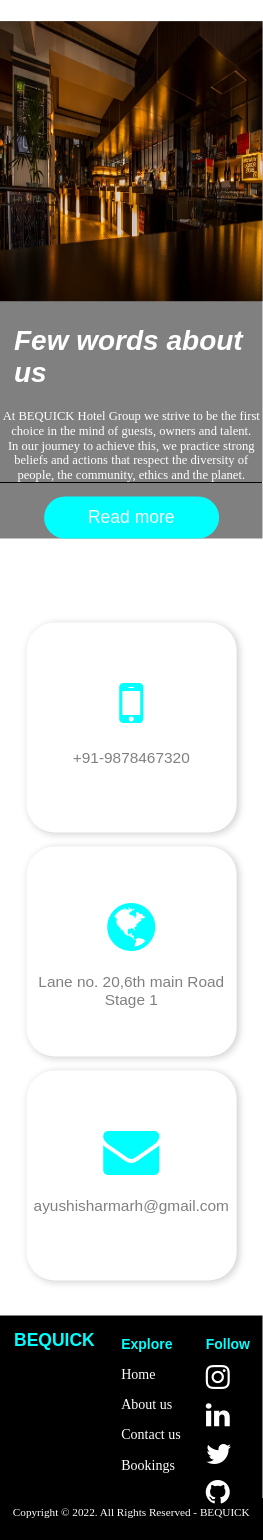
Repository: Ayushi6Sharma/BEQUICK_Hotel_Booking_Web
Page: index.html
An editor plug-in stored every save of this project. The page is shown before and after the next save, followed by the edit.
The browser window is 375 px wide. The pictures show the part of the page from y = 2216 to 4456 px (the page is 4416 px tall before and 4456 px after), at 70% of full size.

Above is the page before, as saved 2022-05-12 00:00:24.

### index.html
<!DOCTYPE html>
<html lang="en">
<head>
    <meta charset="UTF-8">
    <meta http-equiv="X-UA-Compatible" content="IE=edge">
    <meta name="viewport" content="width=device-width, initial-scale=1.0">
    <link rel="stylesheet" href="./style/style.css">
    <link rel="stylesheet" href="./style/mediaqueries.css">
    <!-- <link rel="stylesheet" href="https://cdn.jsdelivr.net/npm/@fortawesome/fontawesome-free@5.15.4/css/fontawesome.min.css" integrity="sha384-jLKHWM3JRmfMU0A5x5AkjWkw/EYfGUAGagvnfryNV3F9VqM98XiIH7VBGVoxVSc7" crossorigin="anonymous"> -->
    <!-- <link href="https://cdnjs.cloudflare.com/ajax/libs/font-awesome/5.13.0/css/all.min.css" rel="stylesheet"> -->
    <link rel="stylesheet" href="https://stackpath.bootstrapcdn.com/font-awesome/4.7.0/css/font-awesome.min.css" integrity="sha384-wvfXpqpZZVQGK6TAh5PVlGOfQNHSoD2xbE+QkPxCAFlNEevoEH3Sl0sibVcOQVnN" crossorigin="anonymous">

</head>
    <title>Bequick Hotel</title>
</head>
<body>
    <main>
        <nav class="nav">
            <ul class="nav-list">
                <span class="logo">BEQUICK</span>
                <li><a href="index.html">Home</a></li>
                <li><a href="./html/aboutus.html">About us</a></li>
                <li><a href="./html/contactus.html">Contact us</a></li>
                <li><a href="./html/booking.html">Bookings</a></li>
            </ul>
        </nav>

        <!-- section 1 -->

        <section class="hotel-main-image">
            <div class="hotel-main-image-content">
                Book now from anywhere
                <br> Anytime
            </div>
            <div class="bookings-btn">Bookings</div>
        </section>
        <!-- section 2  -->
        <section>
            <div class="section2-facilities">
               <div class="main-facilities">Facilities</div>
                <div class="main-facilities-lower">We are providiong you </div>
            </div>
            <div class="flex1-container1">
                <div class="flex1-item1">
                    <div class="facilities">
                        <i class="fa fa-users fa-5x"></i>
                        <div class="facilities-content">
                            24 hours Services Available to the clients
                        </div>
                    </div>
                </div>
                <div class="flex1-item2">
                    <div class="facilities">
                        <i class="fa fa-user fa-5x"></i>
                        <div class="facilities-content">
                            Front Desk
                            <br/>Concierge
                        </div>
                    </div>
                </div>
                <div class="flex1-item3">
                    <div class="facilities">
                        <i class="fa fa-car fa-5x"></i>
                        <div class="facilities-content">
                            Car Parking
                        </div>
                    </div>
                </div>
                <div class="flex1-item4">
                    <div class="facilities">
                        <i class="fa fa-lock fa-5x"></i>
                        <div class="facilities-content">
                            24 Hours security
                        </div>
                    </div>
                </div>
            </div>
        </section>
        <!-- section 3 -->
        <section>
            <div class="about">
                <div>
                    <img src="./images/hotel-img-3.jpg" class="about-image">
                </div>
                <div class="about-content">
                    <div class="about-content-1">
                        Few words about us
                    </div>
                    <div class="about-content-2">
                        At BEQUICK Hotel Group we strive to be the first
                        <br>choice in the mind of guests, owners and talent.
                        <br>In our journey to achieve this, we practice strong
                        <br>beliefs and actions that respect the diversity of
                        <br>people, the community, ethics and the planet.
                    </div>
                    <div class="about-btn">
                        Read more
                    </div>
                </div>
            </div>
        </section>
        <!-- section 4 -->
        <section>
            <div class="flex2-container2">
                <div class="flex2-item1">
                    <div class="location">
                        <i class="fa fa-mobile fa-5x"></i>
                        <div class="location-content">
                            +91-9878467320
                        </div>
                    </div>
                </div>
                <div class="flex2-item2">
                <div class="location">
                        <i class="fa fa-globe fa-5x"></i>
                        <div class="location-content">
                            Lane no. 20,6th main Road
                            <br/>Stage 1
                        </div>
                    </div>
                </div>
                <div class="flex2-item3">
                <div class="location">
                        <i class="fa fa-envelope fa-5x"></i>
                        <div class="location-content">
                            ayushisharmarh@gmail.com
                        </div>
                    </div>
                </div>
            </div>
        </section>

        <!-- footer -->
        <footer>
            <div class="footer">
                <div class="logo" id="footer-logo">BEQUICK</div>
                <div class="footer-flex">
                    <!-- <div class="logo" id="footer-logo">BEQUICK</div> -->
                    <div class="footer-list">
                        <ul class="footer-list-1">
                            <div class="footer-list-heading">Explore</div>
                            <li><a href="index.html">Home</a></li>
                            <li><a href="./html/aboutus.html">About us</a></li>
                            <li><a href="./html/contactus.html">Contact us</a></li>
                            <li><a href="./html/booking.html">Bookings</a></li>
                        </ul>
                    </div>
                    <!-- <div class="footer-list">
                        <ul class="footer-list-2">
                            <div class="footer-list-heading">Legal</div>
                            <li>Terms</li>
                            <li>Privacy</li>
                        </ul>
                    </div> -->
                    <div class="footer-list">
                        <ul class="footer-list-3">
                            <div class="footer-list-heading">Follow</div>
                            <li>
                                <a href="#"><i class="fa fa-instagram fa-2x"></i></a>
                            </li>
                            <li>
                                <a href="#"><i class="fa fa-linkedin fa-2x"></i></a>
                            </li>
                            <li>
                                <a href="#"><i class="fa fa-twitter fa-2x"></i></a>
                            </li>
                            <li>
                                <a href="#"><i class="fa fa-github fa-2x"></i></a>
                            </li>
                        </ul>
                    </div>
                </div>
                <!-- copyright -->
                <div class="copyright">
                    Copyright &copy; 2022. All Rights Reserved - BEQUICK
                </div>
            </div>
        </footer>
    </main>
</body>
</html>

### style/style.css
*
{
    padding: 0px;
    margin: 0px;
    box-sizing: border-box;
}
/* nav */
.nav
{
    background-color: black;
}
.nav-list
{
    list-style-type:none;
    width: 100%;
    text-align: end;
}
.nav-list > li
{
    display: inline-block;
    padding: 25px;
    font-size: 18px;
}
.nav-list li a
{
    text-decoration: none;
    color:white;
}
.nav-list li a:hover
{
    color: aquamarine;
}
.logo
{
    padding: 20px;
    color:aqua;
    float: left;
    font:bolder 25px sans-serif;
}
/* section 1 */
/* main image */
.hotel-img-2
{
    width: 100%;
    height:500px;
}
.hotel-main-image
{
    background-image:url('../images/hotel-img-5.jpg');
    height:500px;
    width:100%;
    background-size:cover;
    text-align: center;
}
.hotel-main-image-content
{
    padding-top:10%;
    font:bold 45px sans-serif;
    color:white;
    padding-bottom: 2%;
    line-height: 70px;
}
.bookings-btn
{
    width:250px;
    height: 60px;
    background-image:linear-gradient(to right,black,aqua);
    color:white;
    border-radius: 40px;
    text-align: center;
    padding-top: 15px;
    font:25px sans-serif;
    margin:auto;
    cursor:pointer;
}

/* section 2 */
.flex1-container1
{
    display: flex;
    flex-direction: row;
    flex-wrap: wrap;
    margin-top: 40px;
    justify-content: space-around;
    align-content:space-around;
}
.flex1-container1 > div
{
    margin-top:20px;
}
/* Facilities */
.section2-facilities
{
    text-align: center;
    margin-top:50px;
}
.main-facilities
{
    font:bold 60px sans-serif;
}
.main-facilities-lower
{
    font-size: 30px;
    font-style: italic;
    color:grey;
}
.facilities
{
    width:300px;
    height:300px;
    text-align:center;
    border-radius: 40px;
    box-shadow: 3px 2px 10px 1px lightgrey;
}
.facilities i{
    margin-top: 25%;
    color:aqua;
}
.facilities-content
{   margin-top: 30px;
    font: 25px sans-serif;
    color:grey;
}
/* section 3 */
.about{
    margin-top: 50px;
    display: flex;
    flex-wrap: wrap;
    background-color:grey;
}
.about-image
{
    width:90%;
    height:400px;
}
.about-content-1
{
    font:bold 50px sans-serif;
    color: white;
    font-style: italic;
    margin-top: 30px;
}
.about-content-2
{
    color:white;
    word-wrap: break-word;
    font-size: 20px;
    padding-top: 30px;
    margin-bottom: 20px;
}
.about-btn
{   font:25px sans-serif;
    width:250px;
    height: 60px;
    background-color: aqua;
    color:white;
    border-radius: 40px;
    text-align: center;
    padding-top: 15px;
    border: none;
    margin: auto;
}

/* section 4 */

.flex2-container2
{
    display: flex;
    justify-content: space-around;
    margin-top: 100px;
    text-align: center;
    align-content:space-around;
    flex-wrap: wrap;
}
.flex2-container2 > div
{
    margin-top: 20px;
}
.location
{
    width:300px;
    height:300px;
    text-align:center;
    border-radius: 40px;
    box-shadow: 3px 2px 10px 1px lightgrey;
}
.location i
{
    color:aqua;
    padding-top: 25%;
}
.location-content
{
    font:22px sans-serif;
    padding-top: 25px;
    color:grey;
}

/* footer */
.footer{
    background-color: black;
}
.footer-flex
{
    display: flex;
    justify-content: space-around;
    margin-top: 50px;
}
.footer-list-heading
{
    font:bold 20px sans-serif;
    color:aqua;
    margin-top:30px;
}
.footer-list  ul li a
{
    list-style-type: none;
    color:white;
    font-size: 20px;
    text-decoration: none;
}
.footer-list-1 >li
{
    padding-top:20px;
}
.footer-list-2 >li
{
    padding-top:20px;
}
.footer-list-3 i
{
    padding-top: 15px;
    color: white;
}
/* copyright */
.copyright
{
    text-align: center;
    color:white;
    font:italic bold sans-serif;
    padding-bottom: 30px;
}
/* media queries */

### style/mediaqueries.css
@media screen and (max-width:480px){
    .nav-list >li
    {
        width:100%;
        text-align: center;
    }
    .hotel-main-image
    {
        height: 400px;
    }
    .hotel-main-image-content
    {
        font-size:30px;
        line-height: 60px;
    }
    .bookings-btn
    {
        margin-top: 10%;
    }
    .main-facilities
    {
        font-size: 40px;
    }
    .main-facilities-lower
    {
        font-size: 25px;
    }
    .facilities-content
    {
        font-size: 20px;
    }
    .about-image
    {
        width:100%;
    }
    .about-content-1
    {
        font-size: 40px;
        padding-left: 20px;
    }
    .about-content-2
    {
        font-size: 18px;
        text-align: center;
    }
}
@media screen and (min-width:480px) and (max-width:768px){
    .nav-list >li
    {
        width:100%;
        text-align: center;
    }

    .hotel-main-image-content
    {
        font-size:40px;
        line-height: 60px;
        padding-top: 20%;
    }
    .bookings-btn
    {
        margin-top: 10%;
    }
}

After the next save:
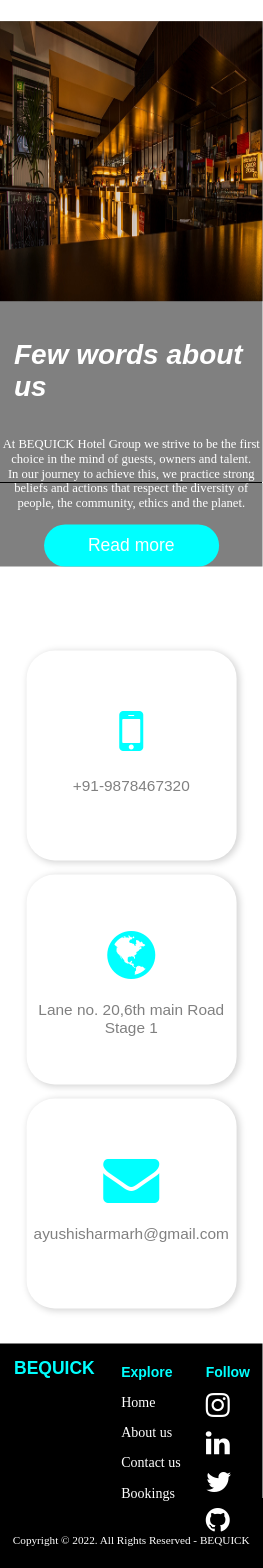
Saved 9 s later.
--- a/style/mediaqueries.css
+++ b/style/mediaqueries.css
@@ -36,7 +36,7 @@
     .about-content-1
     {
         font-size: 40px;
-        padding-left: 20px;
+        padding: 20px;
     }
     .about-content-2
     {

After the save that followed:
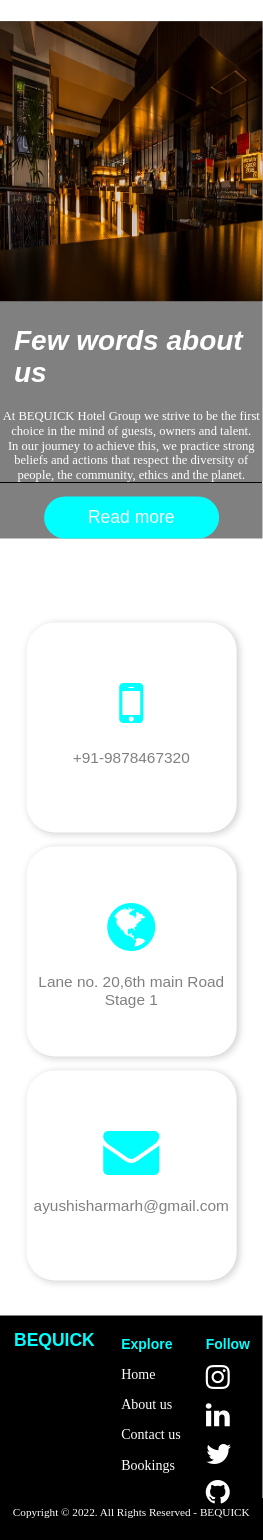
Saved 17 s later.
--- a/style/mediaqueries.css
+++ b/style/mediaqueries.css
@@ -36,7 +36,7 @@
     .about-content-1
     {
         font-size: 40px;
-        padding: 20px;
+        padding-left: 20px;
     }
     .about-content-2
     {
